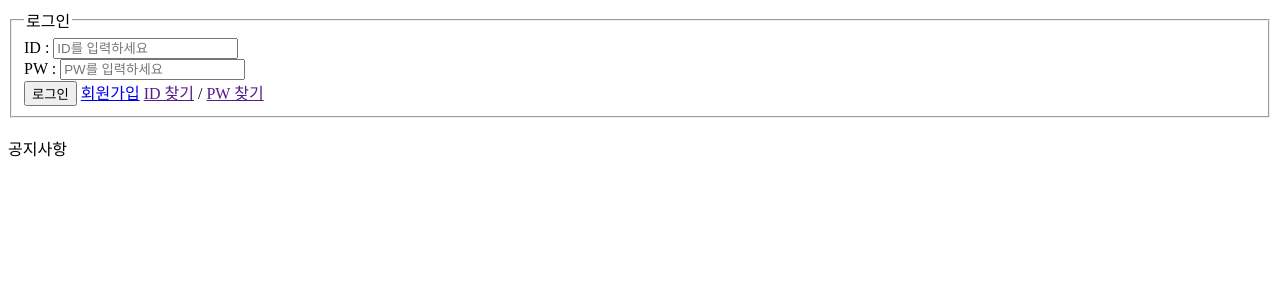
Repository: minimelody/servlet
Page: http://localhost/web2/
An editor plug-in stored every save of this project. The page is shown before and after the next save, followed by the edit.
The browser window is 1280 px wide. The pictures show the whole page.
The page is served by Tomcat 9. Other server files are loaded and not shown.

Above is the page before, as saved 2018-05-28 05:14:38.

### webworkspace2/web2/WebContent/index.jsp
<%@ page language="java" contentType="text/html; charset=UTF-8"
    pageEncoding="UTF-8"%>
<%@ page import="member.model.vo.*" %>
<% Member m = (Member)session.getAttribute("user"); %>
<!DOCTYPE html PUBLIC "-//W3C//DTD HTML 4.01 Transitional//EN" "http://www.w3.org/TR/html4/loose.dtd">
<html>
<head>
<meta http-equiv="Content-Type" content="text/html; charset=UTF-8">
<title>메인 페이지</title>
</head>
<body>
<% if(m==null) {%>
	<fieldset>
		<legend>로그인</legend>
		<form action="login" method="post" style="display:inline;">
			ID : <input type="text" placeholder="ID를 입력하세요" name="userId"><br>
			PW : <input type="password" placeholder="PW를 입력하세요" name="userPwd"><br>
			<input type="submit" value="로그인">
		</form>
		<a href="views/member/joinus.html">회원가입</a>
		<a href="">ID 찾기</a> /
		<a href="">PW 찾기</a>
	</fieldset>
<% }else{ %>
	[<%=m.getUserName() %>]님 환영 합니다<br>
	<lable onclick="myInfo();" id="infoBtn">마이페이지</lable>
	<form action="myPage" method="post" style="display:none;" id="myInfo">
		<label style="color:red;">비밀번호 입력 : </label>
		<input type="password" name="userPwd">
		<input type="submit" value="확인">
	</form>
	<br>
	<a href="logout">로그아웃</a><br>
	<a href="delete">회원탈퇴</a><br>
	<% if(m.getUserId().equals("admin")){%>
		<a href="allMember">전체회원조회</a>
	<% } %>
<% } %>
	<br>
	공지사항
	<style>
		#infoBtn{
			cursor:pointer;
			text-decoration:underline;
			color:blue;
		}
	</style>
	<script>
		function myInfo(){
			document.getElementById("myInfo").style="display:inline";
		}
	</script>
</body>
</html>

After the next save:
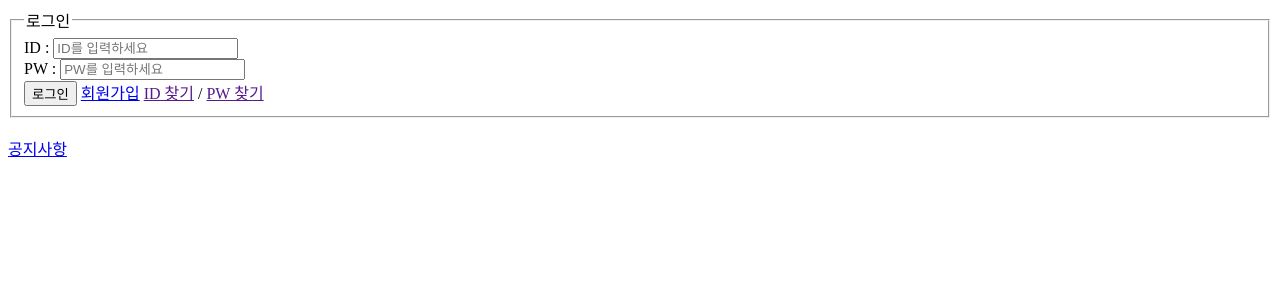
Saved 2 min 43 s later.
--- a/webworkspace2/web2/WebContent/index.jsp
+++ b/webworkspace2/web2/WebContent/index.jsp
@@ -37,7 +37,7 @@
 	<% } %>
 <% } %>
 	<br>
-	공지사항
+	<a href="/notice">공지사항</a>
 	<style>
 		#infoBtn{
 			cursor:pointer;
